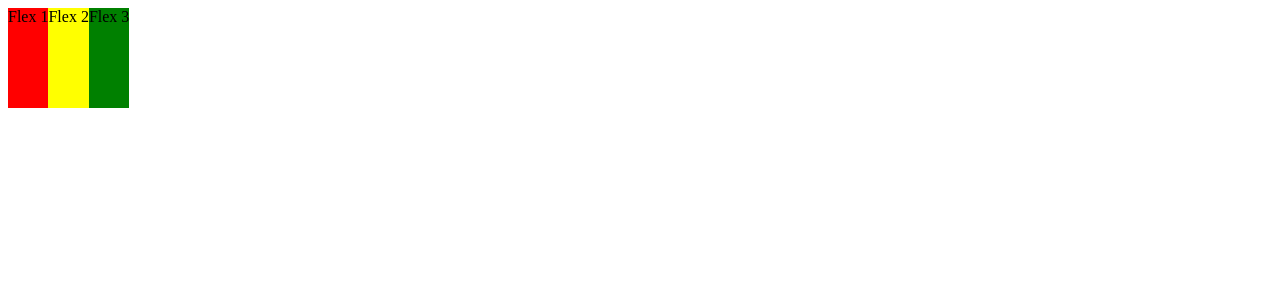
Repository: Kubraaygun/Html_Css_Login
Page: index.html
The author's editor kept a copy of each file at every save. The page is drawn from the files as they stood at one save, then again after a run of saves.
The browser window is 1280 px wide. The pictures show the whole page.

Above is the page before, as saved 2025-03-04 19:19:36.

### index.html
<!DOCTYPE html>
<html lang="en">
  <head>
    <meta charset="UTF-8" />
    <meta name="viewport" content="width=device-width, initial-scale=1.0" />
    <title>HTML</title>
    <link rel="stylesheet" href="style.css" />
  </head>

  <body>
    <div class="contain" style="display: flex; height: 100px">
      <div style="background-color: red">Flex 1</div>
      <div style="background-color: yellow">Flex 2</div>
      <div style="background-color: green">Flex 3</div>
    </div>
  </body>
</html>

### style.css
/* body {
  font-size: 20px;
  background-color: aquamarine;
}
.h1:hover {
  background-color: purple;
}
#h1:hover {
  color: purple;
}
.link:hover {
  text-decoration: none;
}

ol {
  background-color: yellow;
  border: 10px groove gray;
}

ul {
  background-color: red;
  margin: 60px 40px 0 60px;
}

li {
  background-color: green;
  margin: 10px;
}

.table {
  border: 3px solid gray;
}

.table-header {
  border: 3px solid gray;
}
.table-row {
  border: 1px solid black;
} */

After the next 2 saves:
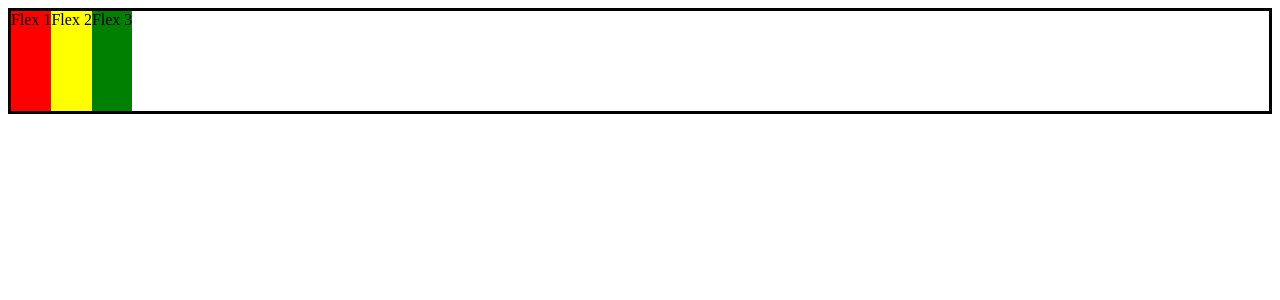
The 2 saves are shown as one change because they came seconds apart.
The last was saved 19 s later.
--- a/index.html
+++ b/index.html
@@ -8,7 +8,10 @@
   </head>
 
   <body>
-    <div class="contain" style="display: flex; height: 100px">
+    <div
+      class="contain"
+      style="display: flex; height: 100px; border: 3px solid black"
+    >
       <div style="background-color: red">Flex 1</div>
       <div style="background-color: yellow">Flex 2</div>
       <div style="background-color: green">Flex 3</div>

After the save that followed:
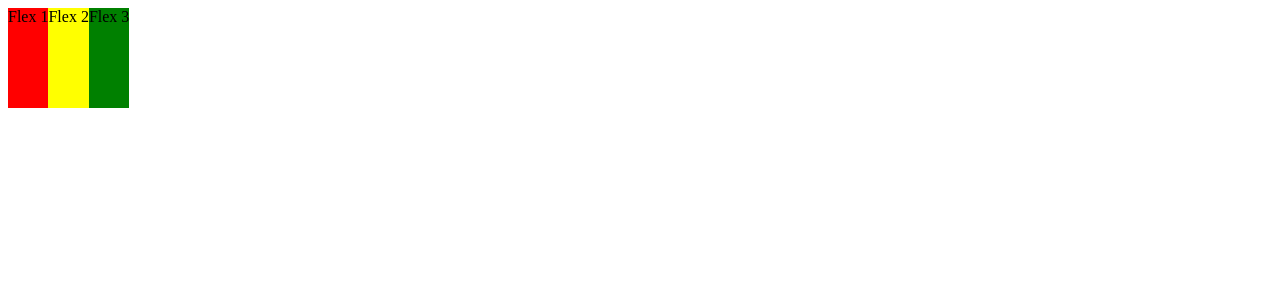
Saved 6 s later.
--- a/index.html
+++ b/index.html
@@ -10,7 +10,7 @@
   <body>
     <div
       class="contain"
-      style="display: flex; height: 100px; border: 3px solid black"
+      style="display: flex; height: 100px; border: 3px solid black, j"
     >
       <div style="background-color: red">Flex 1</div>
       <div style="background-color: yellow">Flex 2</div>
